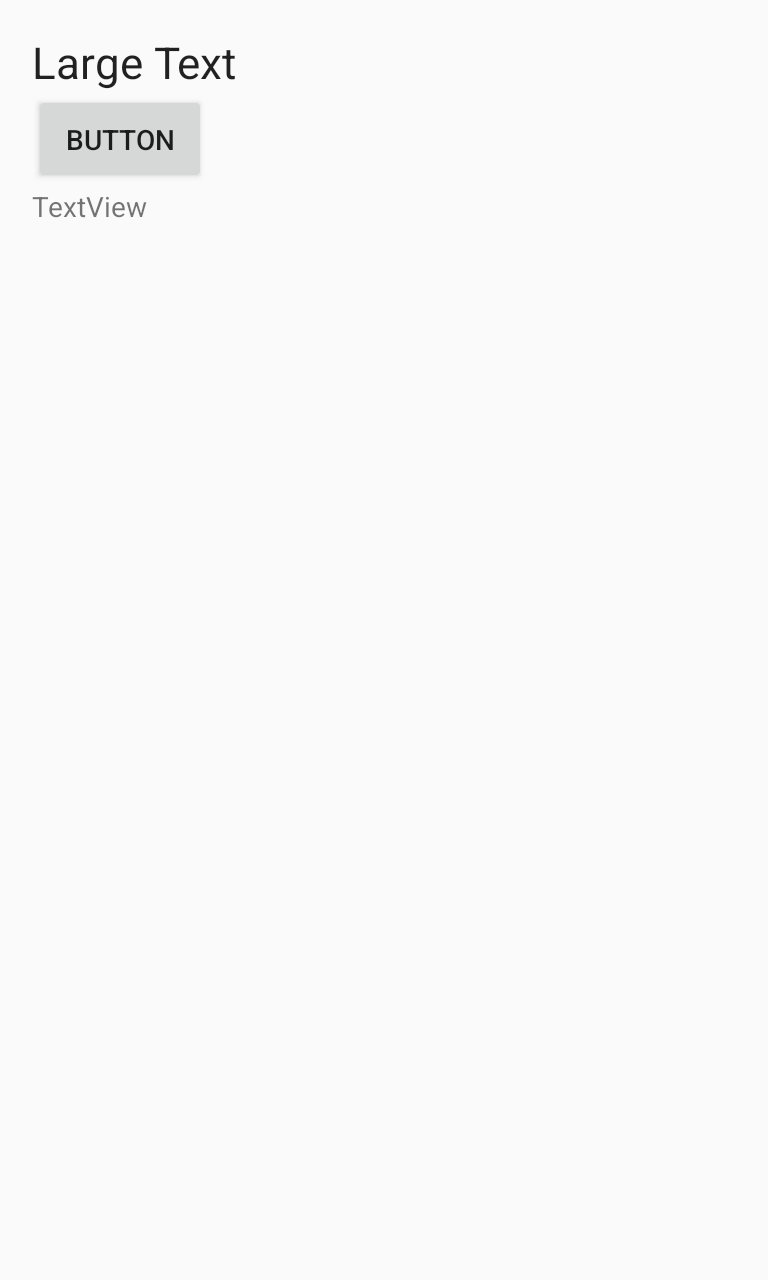
Repository: shivamgeek/Android-Code-Examples
Layout: fragment/res/layout/activity_main.xml
An editor plug-in stored every save of this project. The layout is shown before and after the next save, followed by the edit.
It is drawn on a 768 x 1280 px phone screen (xhdpi) without system bars, with theme AppTheme; the app's code is not run.

Above is the layout before, as saved 2015-08-05 09:32:57.

After the next save:
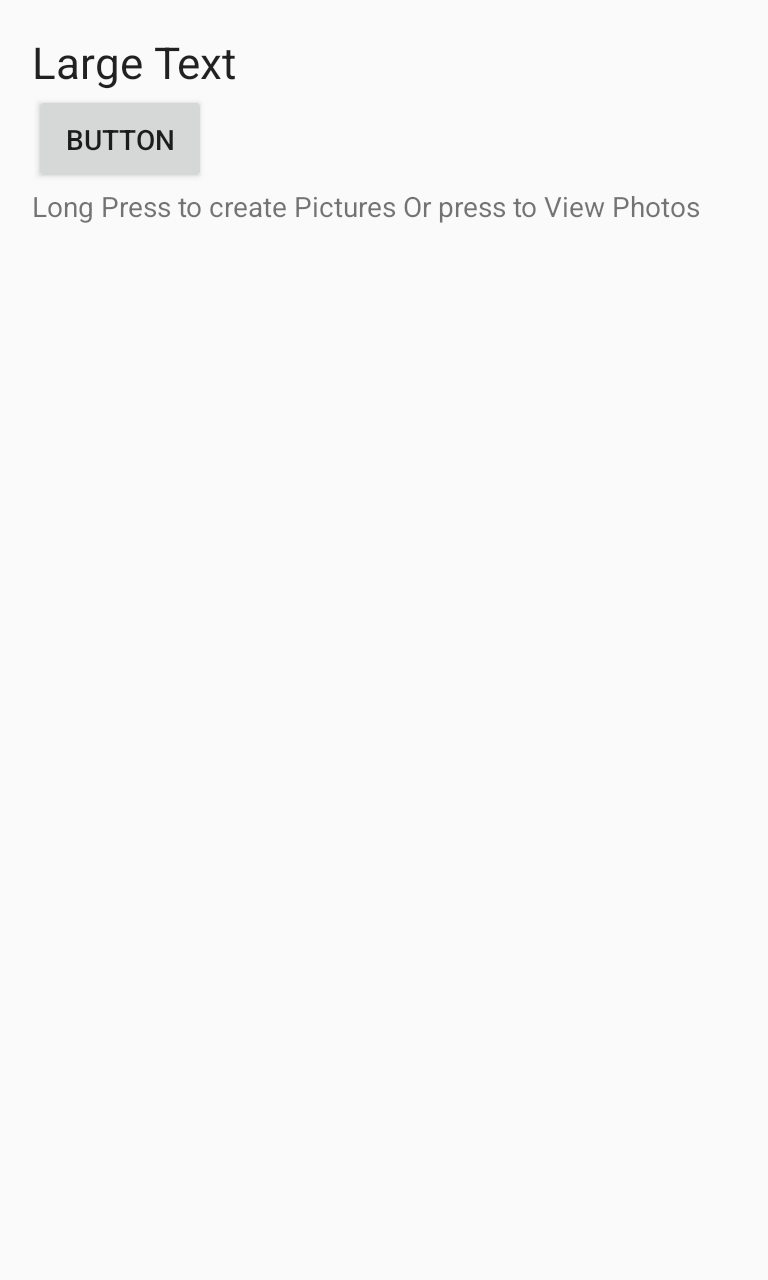
Saved 16 s later.
--- a/fragment/res/layout/activity_main.xml
+++ b/fragment/res/layout/activity_main.xml
@@ -27,6 +27,6 @@
         android:id="@+id/textView2"
         android:layout_width="wrap_content"
         android:layout_height="wrap_content"
-        android:text="TextView" />
+        android:text="@string/textView2" />
 
 </LinearLayout>
